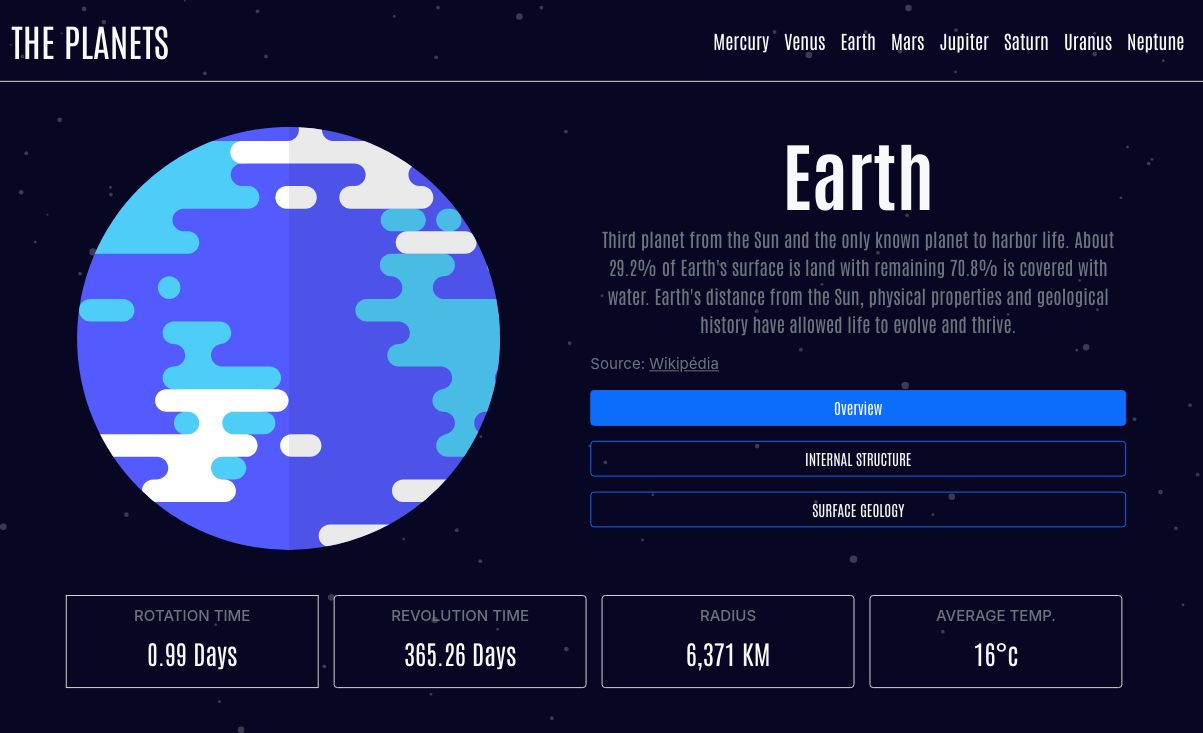
Repository: andre06x/the-planets
Page: /
The author's editor kept a copy of each file at every save. The page is drawn from the files as they stood at one save, then again after the next save.
The browser window is 1280 px wide. The pictures show the whole page, at 94% of full size.
The project was rebuilt for these pictures with package versions that can differ from the ones it lists, and the page was loaded fresh each time.

Above is the page before, as saved 2021-10-19 16:46:40.

### public/index.html
<!DOCTYPE html>
<html lang="en">

<head>
  <meta charset="utf-8" />
  <link rel="icon" href="%PUBLIC_URL%/favicon.ico" />
  <meta name="viewport" content="width=device-width, initial-scale=1" />
  <meta name="theme-color" content="#000000" />
  <link rel="preconnect" href="https://fonts.googleapis.com">
  <link rel="preconnect" href="https://fonts.gstatic.com" crossorigin>
  <link href="https://fonts.googleapis.com/css2?family=Antonio:wght@400;500;600;700&display=swap" rel="stylesheet">
  <meta name="description" content="Web site created using create-react-app" />
  <link rel="apple-touch-icon" href="%PUBLIC_URL%/logo192.png" />
  <link rel="manifest" href="%PUBLIC_URL%/manifest.json" />
  <link rel="stylesheet" href="%PUBLIC_URL%/bootstrap-5.1.3-dist/css/bootstrap.min.css">
  <title>React App</title>
</head>

<body>
  <noscript>You need to enable JavaScript to run this app.</noscript>
  <div id="root"></div>
  <script src="./bootstrap-5.1.3-dist/js/bootstrap.min.js"></script>
</body>

</html>

### src/index.js
import React from 'react';
import ReactDOM from 'react-dom';
import App from './App';
import reportWebVitals from './reportWebVitals';
import Global from './styles/global';

ReactDOM.render(
  <React.StrictMode>
    <Global />
    <App />
  </React.StrictMode>,
  document.getElementById('root')
);

// If you want to start measuring performance in your app, pass a function
// to log results (for example: reportWebVitals(console.log))
// or send to an analytics endpoint. Learn more: https://bit.ly/CRA-vitals
reportWebVitals();

### src/App.js
import logo from './logo.svg';
// import './App.css';
import Header from './components/Header';
import Container from './components/Container';

function App() {
  return (
    <div className="App">
      <Header />
      <Container />
    </div>
  );
}

export default App;

### src/styles/global.js
import { createGlobalStyle } from 'styled-components';
import img from '../background-stars.svg';

export default createGlobalStyle`
  body {
    background-image: url(${img});
    background-color: #070724;
    background-repeat: repeat;
  margin: 0;
  font-family: -apple-system, BlinkMacSystemFont, 'Segoe UI', 'Roboto', 'Oxygen',
    'Ubuntu', 'Cantarell', 'Fira Sans', 'Droid Sans', 'Helvetica Neue',
    sans-serif;
  -webkit-font-smoothing: antialiased;
  -moz-osx-font-smoothing: grayscale;
}

code {
  font-family: source-code-pro, Menlo, Monaco, Consolas, 'Courier New',
    monospace;
}
`;

### src/components/Header.js
import React, { useEffect } from 'react';
import data from '../data.json';
import { usePlanet } from '../zustand';

const Header = () => {
  const planetSetar = usePlanet(state => state.nomePlanet);
  const planet = usePlanet(state => state.planet);

  useEffect(() => {
    console.log(planet)
  }, [planet])

  return (
    <nav class="navbar navbar-expand-lg navbar-dark bg-transparent border-bottom border-muted ">
      <div class="container-fluid d-flex justify-content-between">
        <a class="navbar-brand fs-1 text-light font-antonio" href="#">THE PLANETS</a>
        <button class="navbar-toggler text-light" type="button" data-bs-toggle="collapse" data-bs-target="#navbarSupportedContent" aria-controls="navbarSupportedContent" aria-expanded="false" aria-label="Toggle navigation">
          <span class="navbar-toggler-icon text-light"></span>
        </button>
        <div class="collapse navbar-collapse justify-content-end" id="navbarSupportedContent">
          <div>
            <ul class="navbar-nav me-auto mb-2 mb-lg-0">
              {
                data.map(d => (
                  <li class="nav-item">
                    <a
                      class="nav-link active text-light fs-5 font-antonio"
                      aria-current="page"
                      href="#"
                      onClick={() => planetSetar(d.name)}
                    >
                      {d.name}
                    </a>
                  </li>
                ))
              }
            </ul>
          </div>
        </div>
      </div>
    </nav>
  )
}



export default Header

### src/components/Container.js
import React, { useEffect, useState } from 'react';
// import earth from '../assets/planet-earth.svg';
import data from '../data.json';
import { usePlanet } from '../zustand';

const Container = () => {
  const [selectBox, setSelectBox] = useState(1);
  const planet = usePlanet(state => state.planet);
  // const [planet, setPlanet] = useState('Earth');
  const [text, setText] = useState(data.filter(d => d.name === planet)[0].overview);
  const [imagee, setImagee] = useState('assets/planet-earth.svg');
  const [dataPlanet, setDataPlanet] = useState(['']);



  const op = [
    { id: 1, titulo: 'Overview' },
    { id: 2, titulo: 'INTERNAL STRUCTURE' },
    { id: 3, titulo: 'SURFACE GEOLOGY' },
  ]

  function buttonChange(o) {
    setSelectBox(o.id);

    if (o.id === 1) {
      setText(data.filter(d => d.name === planet)[0].overview);
      setImagee(data.filter(d => d.name === planet)[0].images.planet);
    }

    if (o.id === 2) {
      setText(data.filter(d => d.name === planet)[0].structure);
      setImagee(data.filter(d => d.name === planet)[0].images.internal);

    }

    if (o.id === 3) {
      setText(data.filter(d => d.name === planet)[0].geology);
      setImagee(data.filter(d => d.name === planet)[0].images.geology);

    }

  }

  useEffect(() => {
    setDataPlanet(data.filter(d => d.name === planet)[0]);
    setImagee(data.filter(d => d.name === planet)[0].images.planet);
    setText(data.filter(d => d.name === planet)[0].overview);
    setSelectBox(1);

  }, [planet]);
  return (
    <div className="container mt-md-5">
      <div className="d-flex flex-column">
        <div className="d-flex flex-md-row flex-column-reverse justify-content-between">
          <div className="me-md-5 d-flex justify-content-center position-relative">
            <img src={imagee} alt="" />
          </div>
          <div className="ms-md-5 d-flex flex-md-column flex-column-reverse">
            <h1 className="display-1 text-light font-antonio fw-bold text-center">
              {planet}
            </h1>
            <p className="lead text-muted font-antonio text-center">
              {text.content}
            </p>
            <span className="text-secondary">
              Source: <a href="" className="text-secondary"> Wikipédia</a>
            </span>

            <div className="d-flex flex-md-column mt-md-3 font-antonio fw-bold">
              {op.map(o => (
                <button
                  className={`btn text-light btn-outline-primary mb-3 col-4 col-md-12 ${selectBox === o.id ? ' btn-primary' : ''}`}
                  onClick={() => buttonChange(o)}
                >
                  {o.titulo}
                </button>
              ))}
            </div>
          </div>
        </div>
      </div>
      <div className="row mt-5 mb-5 flex-md-row flex-column">
        <div class="col me-3 bg-transparent border">
          <div class="card-body d-flex flex-md-column justify-content-between align-items-center">
            <h6 class="card-subtitle mb-md-2 text-muted">
              ROTATION TIME
            </h6>
            <p class="card-text text-light font-antonio fs-md-1 fs-3">
              {dataPlanet.rotation}
            </p>
          </div>
        </div>
        <div class="card col me-3 bg-transparent border">
          <div class="card-body d-flex flex-md-column justify-content-between align-items-center">
            <h6 class="card-subtitle mb-md-2 text-muted">
              REVOLUTION TIME
            </h6>
            <p class="card-text text-light font-antonio fs-md-1 fs-3">
              {dataPlanet.revolution}
            </p>
          </div>
        </div>
        <div class="card col me-3 bg-transparent border">
          <div class="card-body d-flex flex-md-column justify-content-between align-items-center">
            <h6 class="card-subtitle mb-md-2 text-muted">
              RADIUS
            </h6>
            <p class="card-text text-light font-antonio fs-md-1 fs-3">
              {dataPlanet.radius}
            </p>
          </div>
        </div>
        <div class="card col me-3 bg-transparent border">
          <div class="card-body d-flex flex-md-column justify-content-between align-items-center">
            <h6 class="card-subtitle mb-md-2 text-muted">
              AVERAGE TEMP.
            </h6>
            <p class="card-text text-light font-antonio fs-md-1 fs-3">
              {dataPlanet.temperature}
            </p>
          </div>
        </div>
      </div>
    </div>
  )
}

export default Container;

### src/data.json
[
  {
    "name": "Mercury",
    "overview": {
      "content": "Mercury is the smallest planet in the Solar System and the closest to the Sun. Its orbit around the Sun takes 87.97 Earth days, the shortest of all the Sun's planets. Mercury is one of four terrestrial planets in the Solar System, and is a rocky body like Earth.",
      "source": "https://en.wikipedia.org/wiki/Mercury_(planet)"
    },
    "structure": {
      "content": "Mercury appears to have a solid silicate crust and mantle overlying a solid, iron sulfide outer core layer, a deeper liquid core layer, and a solid inner core. The planet's density is the second highest in the Solar System at 5.427 g/cm3 , only slightly less than Earth's density.",
      "source": "https://en.wikipedia.org/wiki/Mercury_(planet)#Internal_structure"
    },
    "geology": {
      "content": "Mercury's surface is similar in appearance to that of the Moon, showing extensive mare-like plains and heavy cratering, indicating that it has been geologically inactive for billions of years. It is more heterogeneous than either Mars's or the Moon’s.",
      "source": "https://en.wikipedia.org/wiki/Mercury_(planet)#Surface_geology"
    },
    "rotation": "58.6 Days",
    "revolution": "87.97 Days",
    "radius": "2,439.7 KM",
    "temperature": "430°c",
    "images": {
      "planet": "assets/planet-mercury.svg",
      "internal": "assets/planet-mercury-internal.svg",
      "geology": "assets/geology-mercury.png"
    }
  },
  {
    "name": "Venus",
    "overview": {
      "content": "Venus is the second planet from the Sun. It is named after the Roman goddess of love and beauty. As the brightest natural object in Earth's night sky after the Moon, Venus can cast shadows and can be, on rare occasions, visible to the naked eye in broad daylight.",
      "source": "https://en.wikipedia.org/wiki/Venus"
    },
    "structure": {
      "content": "The similarity in size and density between Venus and Earth suggests they share a similar internal structure: a core, mantle, and crust. Like that of Earth, Venusian core is most likely at least partially liquid because the two planets have been cooling at about the same rate.",
      "source": "https://en.wikipedia.org/wiki/Venus#Internal_structure"
    },
    "geology": {
      "content": "Much of the Venusian surface appears to have been shaped by volcanic activity. Venus has several times as many volcanoes as Earth, and it has 167 large volcanoes that are over 100 km (60 mi) across. The only volcanic complex of this size on Earth is the Big Island of Hawaii.",
      "source": "https://en.wikipedia.org/wiki/Venus#Surface_geology"
    },
    "rotation": "243 Days",
    "revolution": "224.7 Days",
    "radius": "6,051.8 KM",
    "temperature": "471°c",
    "images": {
      "planet": "assets/planet-venus.svg",
      "internal": "assets/planet-venus-internal.svg",
      "geology": "assets/geology-venus.png"
    }
  },
  {
    "name": "Earth",
    "overview": {
      "content": "Third planet from the Sun and the only known planet to harbor life. About 29.2% of Earth's surface is land with remaining 70.8% is covered with water. Earth's distance from the Sun, physical properties and geological history have allowed life to evolve and thrive.",
      "source": "https://en.wikipedia.org/wiki/Earth"
    },
    "structure": {
      "content": "Earth's interior, like that of the other terrestrial planets, is divided into layers by their chemical or physical (rheological) properties. The outer layer is a chemically distinct silicate solid crust, which is underlain by a highly viscous solid mantle.",
      "source": "https://en.wikipedia.org/wiki/Earth#Internal_structure"
    },
    "geology": {
      "content": "The total surface area of Earth is about 510 million km2. The continental crust consists of lower density material such as the igneous rocks granite and andesite. Less common is basalt, a denser volcanic rock that is the primary constituent of the ocean floors.",
      "source": "https://en.wikipedia.org/wiki/Earth#Surface"
    },
    "rotation": "0.99 Days",
    "revolution": "365.26 Days",
    "radius": "6,371 KM",
    "temperature": "16°c",
    "images": {
      "planet": "assets/planet-earth.svg",
      "internal": "assets/planet-earth-internal.svg",
      "geology": "assets/geology-earth.png"
    }
  },
  {
    "name": "Mars",
    "overview": {
      "content": "Mars is the fourth planet from the Sun and the second-smallest planet in the Solar System, being larger than only Mercury. In English, Mars carries the name of the Roman god of war and is often referred to as the \"Red Planet\".",
      "source": "https://en.wikipedia.org/wiki/Mars"
    },
    "structure": {
      "content": "Like Earth, Mars has differentiated into a dense metallic core overlaid by less dense materials. Scientists initially determined that the core is at least partially liquid. Current models of its interior imply a core consisting primarily of iron and nickel with about 16–17% sulfur.",
      "source": "https://en.wikipedia.org/wiki/Mars#Internal_structure"
    },
    "geology": {
      "content": "Mars is a terrestrial planet whose surface consists of minerals containing silicon and oxygen, metals, and other elements that typically make up rock. The surface is primarily composed of tholeiitic basalt, although parts are more silica-rich than typical basalt.",
      "source": "https://en.wikipedia.org/wiki/Mars#Surface_geology"
    },
    "rotation": "1.03 Days",
    "revolution": "1.88 Years",
    "radius": "3,389.5 KM",
    "temperature": "-28°c",
    "images": {
      "planet": "assets/planet-mars.svg",
      "internal": "assets/planet-mars-internal.svg",
      "geology": "assets/geology-mars.png"
    }
  },
  {
    "name": "Jupiter",
    "overview": {
      "content": "Jupiter is the fifth planet from the Sun and the largest in the Solar System. It is a gas giant with a mass two and a half times that of all the other planets in the Solar System combined, but less than one-thousandth the mass of the Sun.",
      "source": "https://en.wikipedia.org/wiki/Jupiter"
    },
    "structure": {
      "content": "When the Juno arrived in 2016, it found that Jupiter has a very diffuse core that mixes into its mantle. A possible cause is an impact from a planet of about ten Earth masses a few million years after Jupiter's formation, which would have disrupted an originally solid Jovian core.",
      "source": "https://en.wikipedia.org/wiki/Jupiter#Internal_structure"
    },
    "geology": {
      "content": "The best known feature of Jupiter is the Great Red Spot, a persistent anticyclonic storm located 22° south of the equator. It is known to have existed since at least 1831, and possibly since 1665.",
      "source": "https://en.wikipedia.org/wiki/Jupiter#Great_Red_Spot_and_other_vortices"
    },
    "rotation": "9.93 Hours",
    "revolution": "11.86 Years",
    "radius": "69,911 KM",
    "temperature": "-108°c",
    "images": {
      "planet": "assets/planet-jupiter.svg",
      "internal": "assets/planet-jupiter-internal.svg",
      "geology": "assets/geology-jupiter.png"
    }
  },
  {
    "name": "Saturn",
    "overview": {
      "content": "Saturn is the sixth planet from the Sun and the second-largest in the Solar System, after Jupiter. It is a gas giant with an average radius of about nine and a half times that of Earth. It only has one-eighth the average density of Earth.",
      "source": "https://en.wikipedia.org/wiki/Saturn"
    },
    "structure": {
      "content": "Despite consisting mostly of hydrogen and helium, most of Saturn's mass is not in the gas phase, because hydrogen becomes a non-ideal liquid when the density is above 0.01 g/cm3, which is reached at a radius containing 99.9% of Saturn's mass.",
      "source": "https://en.wikipedia.org/wiki/Saturn#Internal_structure"
    },
    "geology": {
      "content": "The outer atmosphere of Saturn contains 96.3% molecular hydrogen and 3.25% helium by volume. The planet's most famous feature is its prominent ring system, which is composed mostly of ice particles with a smaller amount of rocky debris and dust.",
      "source": "https://en.wikipedia.org/wiki/Saturn#Atmosphere"
    },
    "rotation": "10.8 Hours",
    "revolution": "29.46 Years",
    "radius": "58,232 KM",
    "temperature": "-138°c",
    "images": {
      "planet": "assets/planet-saturn.svg",
      "internal": "assets/planet-saturn-internal.svg",
      "geology": "assets/geology-saturn.png"
    }
  },
  {
    "name": "Uranus",
    "overview": {
      "content": "Uranus is the seventh planet from the Sun. Its name is a reference to the Greek god of the sky, Uranus according to Greek mythology, was the great-grandfather of Ares. It has the third-largest planetary radius and fourth-largest planetary mass in the Solar System.",
      "source": "https://en.wikipedia.org/wiki/Uranus"
    },
    "structure": {
      "content": "The standard model of Uranus's structure is that it consists of three layers: a rocky (silicate/iron–nickel) core in the centre, an icy mantle in the middle and an outer gaseous hydrogen/helium envelope. The core is relatively small, with a mass of only 0.55 Earth masses.",
      "source": "https://en.wikipedia.org/wiki/Uranus#Internal_structure"
    },
    "geology": {
      "content": "The composition of Uranus's atmosphere is different from its bulk, consisting mainly of molecular hydrogen and helium. The helium molar fraction, i.e. the number of helium atoms per molecule of gas, is 0.15±0.03 in the upper troposphere.",
      "source": "https://en.wikipedia.org/wiki/Uranus#Atmosphere"
    },
    "rotation": "17.2 Hours",
    "revolution": "84 Years",
    "radius": "25,362 KM",
    "temperature": "-195°c",
    "images": {
      "planet": "assets/planet-uranus.svg",
      "internal": "assets/planet-uranus-internal.svg",
      "geology": "assets/geology-uranus.png"
    }
  },
  {
    "name": "Neptune",
    "overview": {
      "content": "Neptune is the eighth and farthest-known Solar planet from the Sun. In the Solar System, it is the fourth-largest planet by diameter, the third-most-massive planet, and the densest giant planet. It is 17 times the mass of Earth, more massive than its near-twin Uranus.",
      "source": "https://en.wikipedia.org/wiki/Neptune"
    },
    "structure": {
      "content": "Neptune's internal structure resembles that of Uranus. Its atmosphere forms about 5% to 10% of its mass and extends perhaps 10% to 20% of the way towards the core. Increasing concentrations of methane, ammonia and water are found in the lower regions.",
      "source": "https://en.wikipedia.org/wiki/Neptune#Internal_structure"
    },
    "geology": {
      "content": "Neptune's atmosphere is 80% hydrogen and 19% helium. A trace amount of methane is also present. Prominent absorption bands of methane exist at wavelengths above 600 nm, in the red and infrared portion of the spectrum.",
      "source": "https://en.wikipedia.org/wiki/Neptune#Atmosphere"
    },
    "rotation": "16.08 Hours",
    "revolution": "164.79 Years",
    "radius": "24,622 KM",
    "temperature": "-201°c",
    "images": {
      "planet": "assets/planet-neptune.svg",
      "internal": "assets/planet-neptune-internal.svg",
      "geology": "assets/geology-neptune.png"
    }
  }
]

### src/zustand/index.js
import create from 'zustand';

const usePlanet = create(set => ({
  planet: 'Earth',
  nomePlanet: (namePlanet) => set(state => ({ planet: namePlanet}))
}))

export { usePlanet }

Loaded but not shown: src/reportWebVitals.js (common file); public/bootstrap-5.1.3-dist/css/bootstrap.min.css (library); public/bootstrap-5.1.3-dist/js/bootstrap.min.js (library)

After the next save:
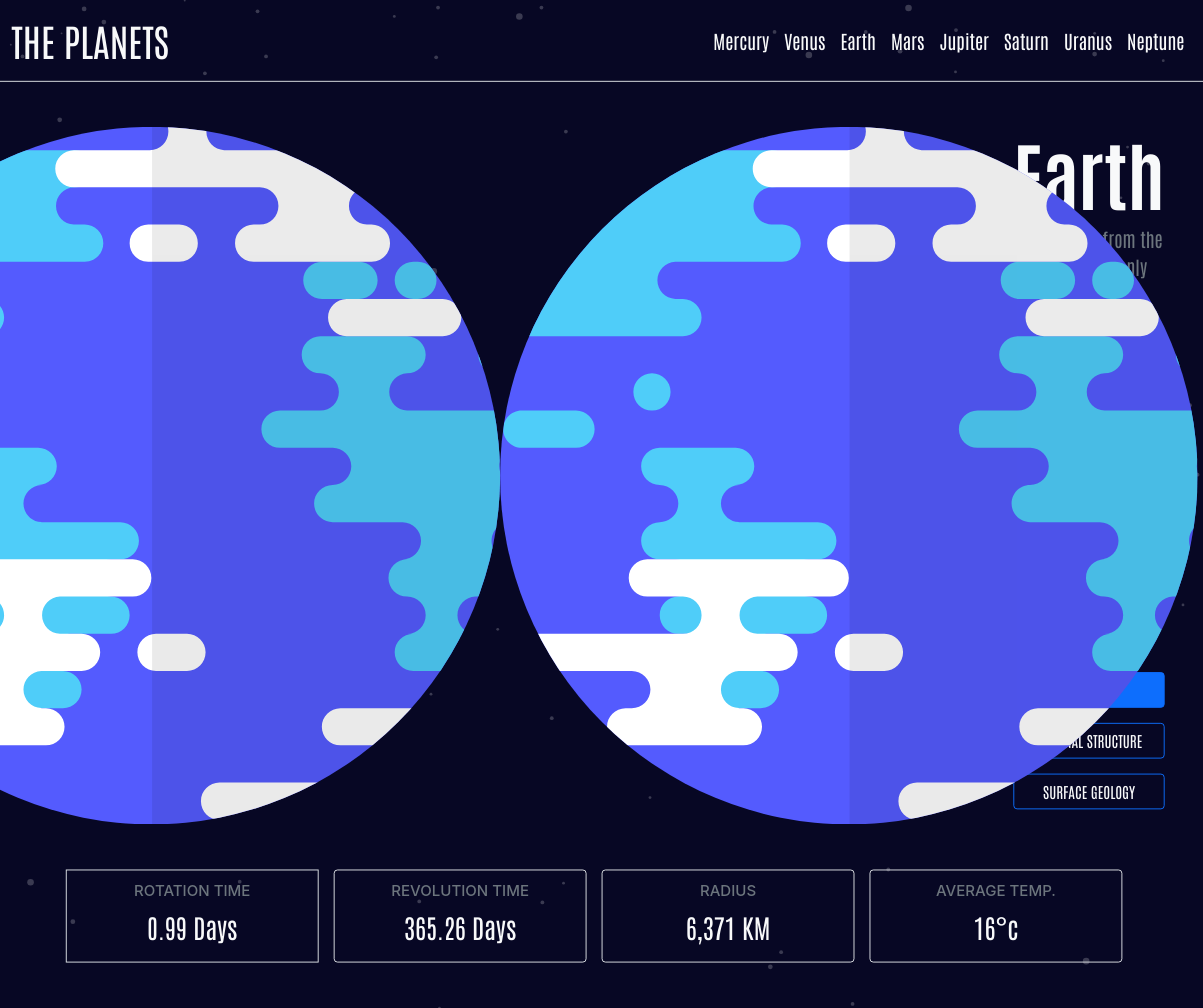
Saved 19 s later.
--- a/src/components/Container.js
+++ b/src/components/Container.js
@@ -53,6 +53,7 @@ const Container = () => {
       <div className="d-flex flex-column">
         <div className="d-flex flex-md-row flex-column-reverse justify-content-between">
           <div className="me-md-5 d-flex justify-content-center position-relative">
+            <img src={imagee} alt="" />
             <img src={imagee} alt="" />
           </div>
           <div className="ms-md-5 d-flex flex-md-column flex-column-reverse">
